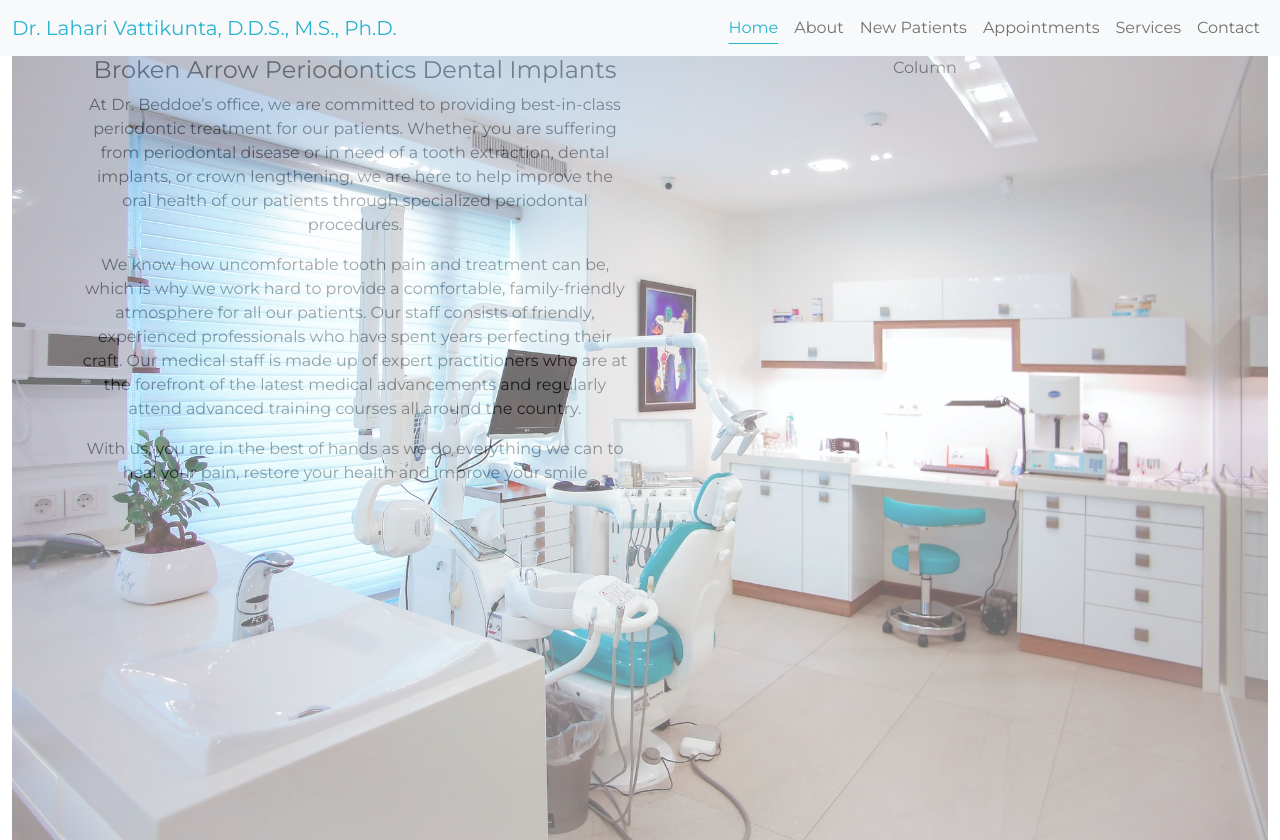
Repository: vineetha2438/baperio
Page: index.html
An editor plug-in stored every save of this project. The page is shown before and after the next save, followed by the edit.
The browser window is 1280 px wide. The pictures show the whole page.

Above is the page before, as saved 2022-11-13 19:01:26.

### index.html
<!DOCTYPE html>
<html lang="en">

<head>
  <meta charset="utf-8">
  <meta name="viewport" content="width=device-width, initial-scale=1">
  <title>Broken Arrow Periodontics Dental Implants</title>
  <link href="https://cdn.jsdelivr.net/npm/bootstrap@5.2.2/dist/css/bootstrap.min.css" rel="stylesheet" integrity="sha384-Zenh87qX5JnK2Jl0vWa8Ck2rdkQ2Bzep5IDxbcnCeuOxjzrPF/et3URy9Bv1WTRi"
    crossorigin="anonymous">
  <link href='https://fonts.googleapis.com/css?family=Montserrat' rel='stylesheet'>
  <link rel="stylesheet" href="index.css">
  <style>
    body {
      font-family: 'Montserrat' !important
    }
  </style>
</head>

<body>
  <nav class="navbar navbar-expand-lg sticky-top bg-light">
    <div class="container-fluid">
      <!-- <a class="navbar-brand" href="#">Navbar</a> -->
      <p class="navbar-brand mb-0 h1 theme-blue doctor-name">Dr. Lahari Vattikunta, D.D.S., M.S., Ph.D. </p>
      <button class="navbar-toggler" type="button" data-bs-toggle="collapse" data-bs-target="#navbarSupportedContent" aria-controls="navbarSupportedContent"
        aria-expanded="false" aria-label="Toggle navigation">
        <span class="navbar-toggler-icon"></span>
      </button>
      <div class="collapse navbar-collapse" id="navbarSupportedContent">
        <ul class="navbar-nav me-auto mb-2 mb-lg-0 auto-ml-0-mr">
          <li class="nav-item">
            <a class="nav-link active theme-blue" aria-current="page" href="index.html">Home</a>
          </li>
          <li class="nav-item">
            <a class="nav-link" href="about.html">About</a>
          </li>
          <li class="nav-item">
            <a class="nav-link" href="#">New Patients</a>
          </li>
          <li class="nav-item">
            <a class="nav-link" href="#">Appointments</a>
          </li>
          <li class="nav-item">
            <a class="nav-link" href="#">Services</a>
          </li>
          <li class="nav-item">
            <a class="nav-link" href="#">Contact</a>
          </li>
        </ul>
      </div>
    </div>
  </nav>
  <div class="container text-center">
    <div class="row">
      <img class="clinic-bg" src="clinic_bg.jpeg" alt="">
      <div class="col">
        <h4>Broken Arrow Periodontics Dental Implants</h4>
        <p>At Dr. Beddoe’s office, we are committed to providing best-in-class periodontic treatment for our patients. Whether
          you are suffering from periodontal disease or in need of a tooth extraction, dental implants, or crown lengthening,
          we are here to help improve the oral health of our patients through specialized periodontal procedures.</p>

        <p>We know how uncomfortable tooth pain and treatment can be, which is why we work hard to provide a comfortable, family-friendly
          atmosphere for all our patients. Our staff consists of friendly, experienced professionals who have spent years
          perfecting their craft. Our medical staff is made up of expert practitioners who are at the forefront of the latest
          medical advancements and regularly attend advanced training courses all around the country.</p>

        <p>With us, you are in the best of hands as we do everything we can to heal your pain, restore your health and improve
          your smile</p>
      </div>
      <div class="col">
        Column
      </div>
    </div>
  </div>
  <script src="https://cdn.jsdelivr.net/npm/bootstrap@5.2.2/dist/js/bootstrap.bundle.min.js" integrity="sha384-OERcA2EqjJCMA+/3y+gxIOqMEjwtxJY7qPCqsdltbNJuaOe923+mo//f6V8Qbsw3"
    crossorigin="anonymous"></script>
</body>

</html>

### index.css
.theme-blue {
  color: rgb(41,180,207) !important;
}

.auto-ml-0-mr {
  margin-left: auto !important;
  margin-right: 0 !important;
}

.nav-link.active {
  text-decoration: underline;
  text-underline-offset: 10px;
}

.clinic-bg {
  opacity: 0.6;
  position: absolute;
  left: 0;
  top: 0;
  width: 100%;
  height: auto;
}

.doctor-name {
  overflow: hidden;
  text-overflow: ellipsis;
}

After the next save:
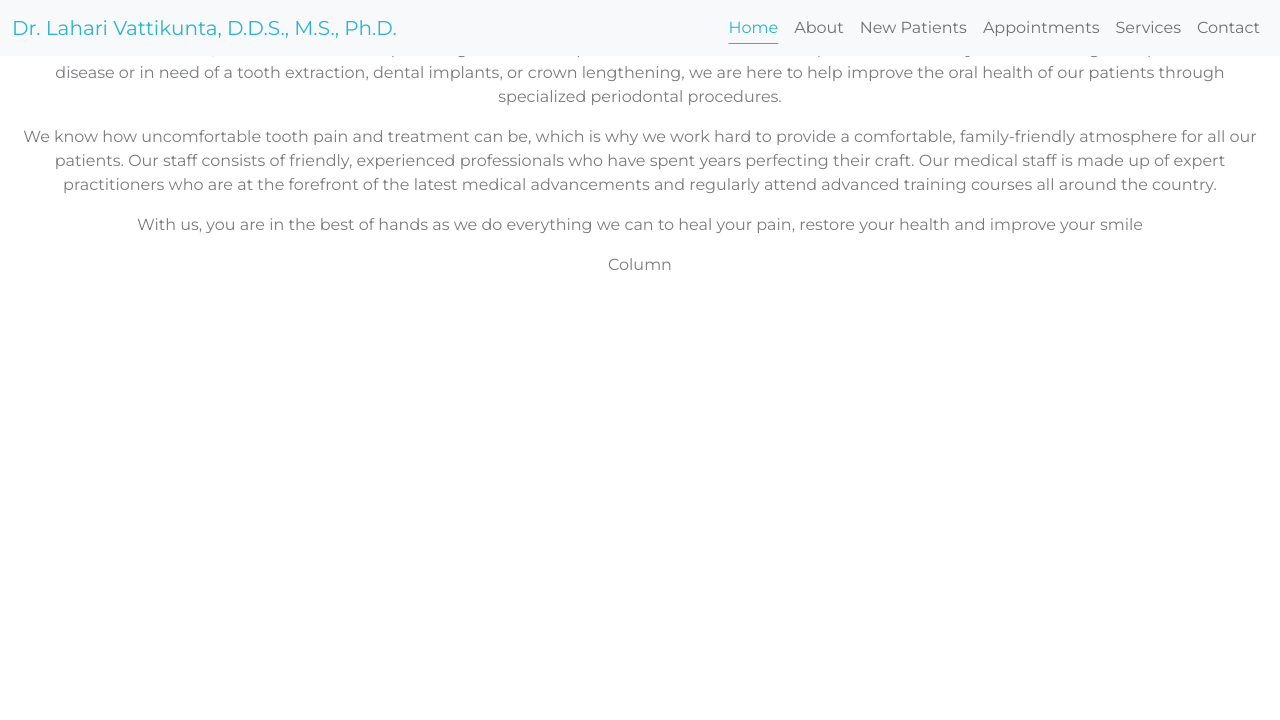
Saved 12 min 22 s later.
--- a/index.html
+++ b/index.html
@@ -51,7 +51,7 @@
   </nav>
   <div class="container text-center">
     <div class="row">
-      <img class="clinic-bg" src="clinic_bg.jpeg" alt="">
+      <div class="clinic-bg" data-image="clinic_bg.jpeg" alt="">
       <div class="col">
         <h4>Broken Arrow Periodontics Dental Implants</h4>
         <p>At Dr. Beddoe’s office, we are committed to providing best-in-class periodontic treatment for our patients. Whether
